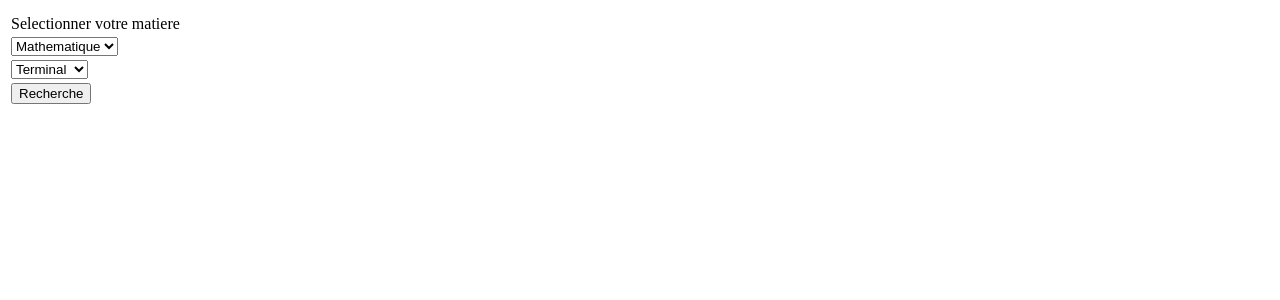
Repository: AntoAnt/WikiScolaire-
Page: http://localhost/InterfaceWikiScolair/AjoutCours.jsp
These files come from the project's save history. The page is drawn as it stood at one moment and after the next save; the edit follows.
The browser window is 1280 px wide. The pictures show the whole page.
The page is served by Tomcat 9.

Above is the page before, as saved 2017-04-20 14:44:23.

After the next save:
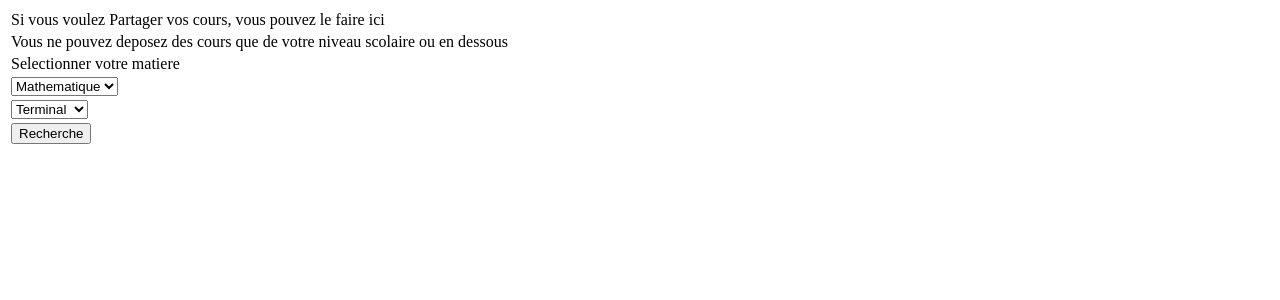
Saved 89 s later.
--- a/InterfaceWikiScolair/WebContent/AjoutCours.jsp
+++ b/InterfaceWikiScolair/WebContent/AjoutCours.jsp
@@ -9,7 +9,8 @@
 <body>
 <form method="post" action="/InterfaceWikiScolair/ControleurPrincipal?idaction=Recherche_cours">
 		<table>
-			<tr><td>
+			<tr><td>Si vous voulez Partager vos cours, vous pouvez le faire ici</td></tr>
+			<tr><td>Vous ne pouvez deposez des cours que de votre niveau scolaire ou en dessous</td></tr>
 			<tr><td>Selectionner votre matiere </td></tr>
 			<tr><td>
 				<select id="Recherche_Matiere">
